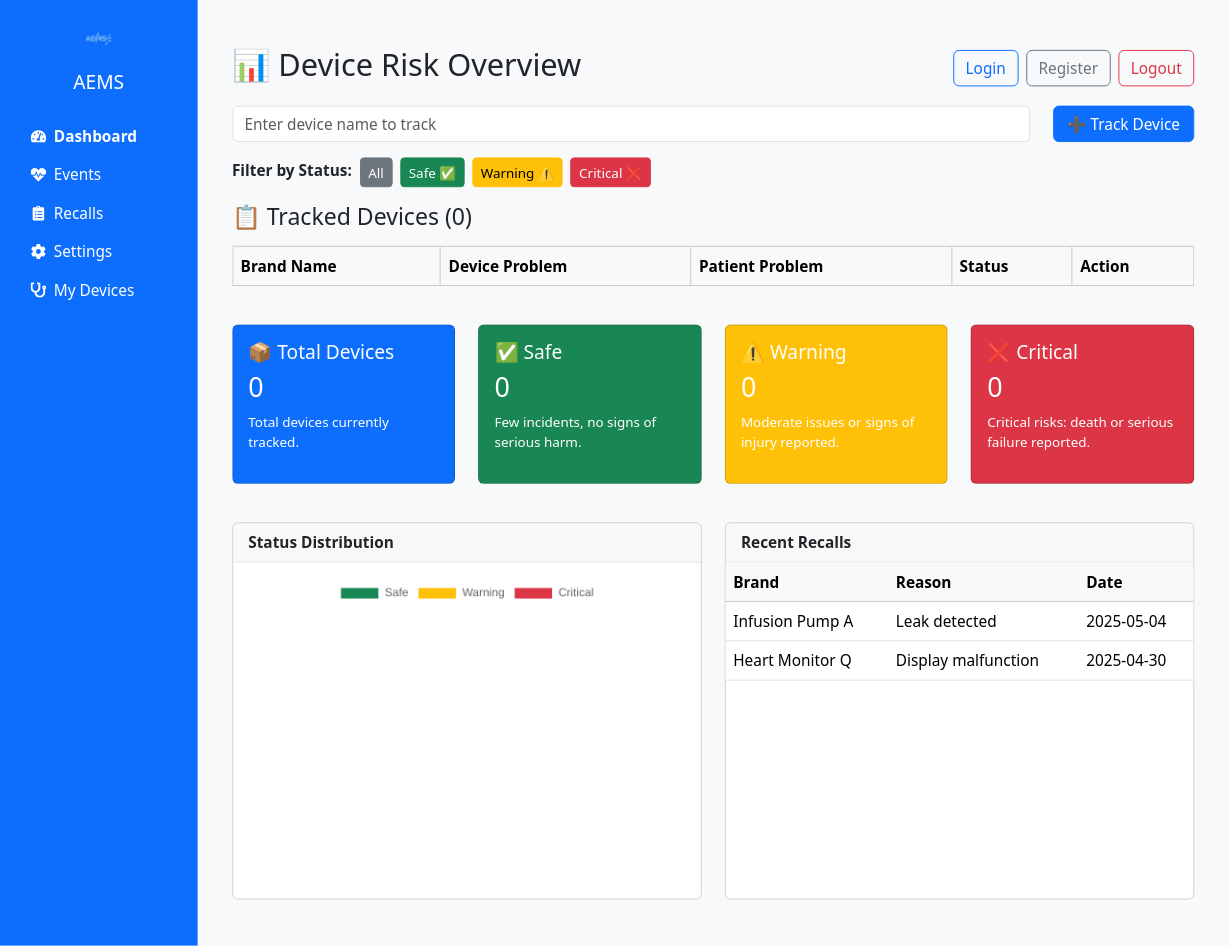
Repository: Sarary2/AEMS_2MVP
Page: / (app in frontend/AEMS/)
An editor plug-in stored every save of this project. The page is shown before and after the next save, followed by the edit.
The browser window is 1280 px wide. The pictures show the whole page, at 96% of full size.
The page's requests for data from a server got no answer. The project was rebuilt for these pictures with package versions that can differ from the ones it lists, and the page was loaded fresh each time. No one was signed in, and anything a server would have sent is missing. Also part of the build but not shown: frontend/AEMS/vite.config.js, frontend/AEMS/src/components/DeviceRow.jsx, frontend/AEMS/src/pages/Events.jsx, frontend/AEMS/src/firebase.js, frontend/AEMS/src/pages/Login.jsx, frontend/AEMS/src/pages/Register.jsx, frontend/AEMS/src/utils/fetchRecalls.js, frontend/AEMS/src/pages/Recalls.jsx and 2 more.

Above is the page before, as saved 2025-05-06 14:24:37.

### frontend/AEMS/src/main.jsx
import React from 'react';
import ReactDOM from 'react-dom/client';
import App from './App.jsx';
import 'bootstrap/dist/css/bootstrap.min.css';

ReactDOM.createRoot(document.getElementById('root')).render(
  <React.StrictMode>
    <App />
  </React.StrictMode>
);

### frontend/AEMS/src/App.jsx
import { BrowserRouter as Router, Routes, Route, useLocation } from 'react-router-dom';
import Sidebar from './components/Sidebar';
import Dashboard from './pages/Dashboard';
import Events from './pages/Events';
import Login from './pages/Login';
import Register from './pages/Register';
import Recalls from './pages/Recalls';
import Settings from './pages/Settings';
import TrackedDevices from './pages/TrackedDevices';

function LayoutWithSidebar({ children }) {
  return (
    <div className="d-flex min-vh-100">
      <Sidebar />
      <div className="flex-grow-1 bg-light p-4 overflow-auto">
        {children}
      </div>
    </div>
  );
}

function AppRoutes() {
  const location = useLocation();
  const hideSidebar = ['/login', '/register'].includes(location.pathname);

  return hideSidebar ? (
    <Routes>
      <Route path="/login" element={<Login />} />
      <Route path="/register" element={<Register />} />
    </Routes>
  ) : (
    <LayoutWithSidebar>
      <Routes>
        <Route path="/" element={<Dashboard />} />
        <Route path="/events" element={<Events />} />
        <Route path="/recalls" element={<Recalls />} />
        <Route path="/settings" element={<Settings />} />
        <Route path="/tracked" element={<TrackedDevices />} />
      </Routes>
    </LayoutWithSidebar>
  );
}

export default function App() {
  return (
    <Router>
      <AppRoutes />
    </Router>
  );
}

### frontend/AEMS/src/components/Sidebar.jsx
import { NavLink } from 'react-router-dom';
import { FaTachometerAlt, FaHeartbeat, FaClipboardList, FaCog, FaStethoscope } from 'react-icons/fa';
import logo from '../assets/logo.png'; // ✅ Adjust path if needed

export default function Sidebar() {
  return (
    <div className="bg-primary text-white d-flex flex-column p-3" style={{ width: '250px', minHeight: '100vh' }}>
      <div className="text-center mb-4">
        <img src={logo} alt="AEMS Logo" className="img-fluid mb-2" style={{ height: '50px' }} />
        <h5 className="mb-0">AEMS</h5>
      </div>
      <ul className="nav flex-column">
        <li className="nav-item">
          <NavLink to="/" className={({ isActive }) =>
            `nav-link d-flex align-items-center text-white ${isActive ? 'fw-bold' : ''}`
          }>
            <FaTachometerAlt className="me-2" /> Dashboard
          </NavLink>
        </li>
        <li className="nav-item">
          <NavLink to="/events" className={({ isActive }) =>
            `nav-link d-flex align-items-center text-white ${isActive ? 'fw-bold' : ''}`
          }>
            <FaHeartbeat className="me-2" /> Events
          </NavLink>
        </li>
        <li className="nav-item">
          <NavLink to="/recalls" className={({ isActive }) =>
            `nav-link d-flex align-items-center text-white ${isActive ? 'fw-bold' : ''}`
          }>
            <FaClipboardList className="me-2" /> Recalls
          </NavLink>
        </li>
        <li className="nav-item">
          <NavLink to="/settings" className={({ isActive }) =>
            `nav-link d-flex align-items-center text-white ${isActive ? 'fw-bold' : ''}`
          }>
            <FaCog className="me-2" /> Settings
          </NavLink>
        </li>
        <li className="nav-item">
          <NavLink to="/tracked" className={({ isActive }) =>
            `nav-link d-flex align-items-center text-white ${isActive ? 'fw-bold' : ''}`
          }>
            <FaStethoscope className="me-2" /> My Devices
          </NavLink>
        </li>
      </ul>
    </div>
  );
}

### frontend/AEMS/src/pages/Dashboard.jsx
import { useEffect, useState } from 'react';
import { useNavigate } from 'react-router-dom';
import StatCard from '../components/StatCard';
import DeviceRow from '../components/DeviceRow';
import StatusChart from '../components/StatusChart';
import RecallsPanel from '../components/RecallsPanel';

export default function Dashboard() {
  const [devices, setDevices] = useState([]);
  const [filter, setFilter] = useState('All');
  const [tracked, setTracked] = useState(() =>
    JSON.parse(localStorage.getItem('trackedDevices') || '[]')
  );
  const [deviceInput, setDeviceInput] = useState('');
  const navigate = useNavigate();

  // Fetch data
  useEffect(() => {
    fetch('http://localhost:5001/api/devices/all')
      .then(res => res.json())
      .then(setDevices)
      .catch(err => console.error('Failed to fetch devices', err));
  }, []);

  // Tracking
  const handleTrackAdd = () => {
    const input = deviceInput.trim().toLowerCase();
    if (!input || tracked.includes(input)) return;
    const updated = [...tracked, input];
    setTracked(updated);
    localStorage.setItem('trackedDevices', JSON.stringify(updated));
    setDeviceInput('');
  };

  const handleTrackRemove = (brandName) => {
    const normalized = tracked.find(t => brandName.toLowerCase().includes(t));
    if (!normalized) return;
    const updated = tracked.filter(t => t !== normalized);
    setTracked(updated);
    localStorage.setItem('trackedDevices', JSON.stringify(updated));
  };

  // Match devices
  const matchedTrackedDevices = devices.filter(d =>
    tracked.some(t => d.brandName.toLowerCase().includes(t))
  );

  const filteredDevices = filter === 'All'
    ? matchedTrackedDevices
    : matchedTrackedDevices.filter(d => d.status === filter);

  // Status logic
  const getStatusCounts = () => {
    const safe = matchedTrackedDevices.filter(d => d.status === 'Safe').length;
    const warning = matchedTrackedDevices.filter(d => d.status === 'Warning').length;
    const critical = matchedTrackedDevices.filter(d => d.status === 'Critical').length;
    return {
      total: matchedTrackedDevices.length,
      safe,
      warning,
      critical,
    };
  };

  const { total, safe, warning, critical } = getStatusCounts();

  const statusIcons = {
    Safe: '✅',
    Warning: '⚠️',
    Critical: '❌',
  };

  const dummyRecalls = [
    { brandName: 'Infusion Pump A', recallReason: 'Leak detected', recallDate: '2025-05-04' },
    { brandName: 'Heart Monitor Q', recallReason: 'Display malfunction', recallDate: '2025-04-30' },
  ];

  return (
    <div className="container-fluid">
      {/* Header */}
      <div className="d-flex justify-content-between align-items-center mt-4 mb-3">
        <h2>📊 Device Risk Overview</h2>
        <div>
          <button className="btn btn-outline-primary me-2" onClick={() => navigate('/login')}>Login</button>
          <button className="btn btn-outline-secondary me-2" onClick={() => navigate('/register')}>Register</button>
          <button className="btn btn-outline-danger" onClick={() => alert('🔒 Logged out')}>Logout</button>
        </div>
      </div>

      {/* Add Device */}
      <div className="mb-3 row">
        <div className="col-md-10">
          <input
            placeholder="Enter device name to track"
            className="form-control"
            value={deviceInput}
            onChange={(e) => setDeviceInput(e.target.value)}
          />
        </div>
        <div className="col-md-2">
          <button className="btn btn-primary w-100" onClick={handleTrackAdd}>
            ➕ Track Device
          </button>
        </div>
      </div>

      {/* Filter */}
      <div className="mb-3">
        <strong>Filter by Status:</strong>{' '}
        {['All', 'Safe', 'Warning', 'Critical'].map((s) => (
          <button
            key={s}
            className={`btn btn-sm mx-1 btn-${s === 'All' ? 'secondary' : s === 'Safe' ? 'success' : s === 'Warning' ? 'warning' : 'danger'}`}
            onClick={() => setFilter(s)}
          >
            {s} {statusIcons[s] || ''}
          </button>
        ))}
      </div>

      {/* Devices Table */}
      <h4>📋 Tracked Devices ({filteredDevices.length})</h4>
      <div className="table-responsive mb-4">
        <table className="table table-striped table-bordered mt-2">
          <thead className="table-light">
            <tr>
              <th>Brand Name</th>
              <th>Device Problem</th>
              <th>Patient Problem</th>
              <th>Status</th>
              <th>Action</th>
            </tr>
          </thead>
          <tbody>
            {filteredDevices.map((device, i) => (
              <DeviceRow key={i} device={device} onRemove={handleTrackRemove} />
            ))}
          </tbody>
        </table>
      </div>

      {/* Stats Cards */}
      <div className="row mb-4">
        <StatCard title="Total Devices" count={total} />
        <StatCard title="Safe" count={safe} />
        <StatCard title="Warning" count={warning} />
        <StatCard title="Critical" count={critical} />
      </div>

      {/* Charts */}
      <div className="row mb-4">
        <div className="col-md-6">
          <StatusChart data={{ Safe: safe, Warning: warning, Critical: critical }} />
        </div>
        <div className="col-md-6">
          <RecallsPanel recalls={dummyRecalls} />
        </div>
      </div>
    </div>
  );
}

### frontend/AEMS/src/components/StatCard.jsx
import React from 'react';

const statusDetails = {
  "Safe": {
    icon: "✅",
    explanation: "Few incidents, no signs of serious harm.",
    color: "success"
  },
  "Warning": {
    icon: "⚠️",
    explanation: "Moderate issues or signs of injury reported.",
    color: "warning"
  },
  "Critical": {
    icon: "❌",
    explanation: "Critical risks: death or serious failure reported.",
    color: "danger"
  },
  "Total Devices": {
    icon: "📦",
    explanation: "Total devices currently tracked.",
    color: "primary"
  }
};

export default function StatCard({ title, count }) {
  const details = statusDetails[title] || {
    icon: "📊",
    explanation: "Summary of device activity.",
    color: "secondary"
  };

  return (
    <div className="col-md-3 mb-3">
      <div className={`card text-white bg-${details.color}`}>
        <div className="card-body">
          <h5 className="card-title">
            {details.icon} {title}
          </h5>
          <h3 className="card-text">{count}</h3>
          <p className="small">{details.explanation}</p>
        </div>
      </div>
    </div>
  );
}

### frontend/AEMS/src/components/StatusChart.jsx
import { Pie } from 'react-chartjs-2';
import { Chart as ChartJS, ArcElement, Tooltip, Legend } from 'chart.js';

ChartJS.register(ArcElement, Tooltip, Legend);

export default function StatusChart({ data }) {
  const chartData = {
    labels: ['Safe', 'Warning', 'Critical'],
    datasets: [
      {
        data: [data.Safe, data.Warning, data.Critical],
        backgroundColor: ['#198754', '#ffc107', '#dc3545'],
        borderWidth: 1,
      },
    ],
  };

  const chartOptions = {
    responsive: true,
    maintainAspectRatio: false,
    plugins: {
      legend: { position: 'top' },
    },
  };

  return (
    <div className="card h-100">
      <div className="card-header fw-semibold">Status Distribution</div>
      <div className="card-body" style={{ height: '350px' }}>
        <Pie data={chartData} options={chartOptions} />
      </div>
    </div>
  );
}

### frontend/AEMS/src/components/RecallsPanel.jsx
export default function RecallsPanel({ recalls }) {
    return (
      <div className="card h-100">
        <div className="card-header fw-bold">Recent Recalls</div>
        <div className="card-body p-0">
          <table className="table mb-0 table-hover">
            <thead className="table-light">
              <tr>
                <th>Brand</th>
                <th>Reason</th>
                <th>Date</th>
              </tr>
            </thead>
            <tbody>
              {recalls.length === 0 ? (
                <tr>
                  <td colSpan="3" className="text-center text-muted">No recent recalls.</td>
                </tr>
              ) : (
                recalls.map((recall, idx) => (
                  <tr key={idx}>
                    <td>{recall.brandName}</td>
                    <td>{recall.recallReason}</td>
                    <td>{recall.recallDate}</td>
                  </tr>
                ))
              )}
            </tbody>
          </table>
        </div>
      </div>
    );
  }

Loaded but not shown: frontend/AEMS/index.html (common file)

After the next save:
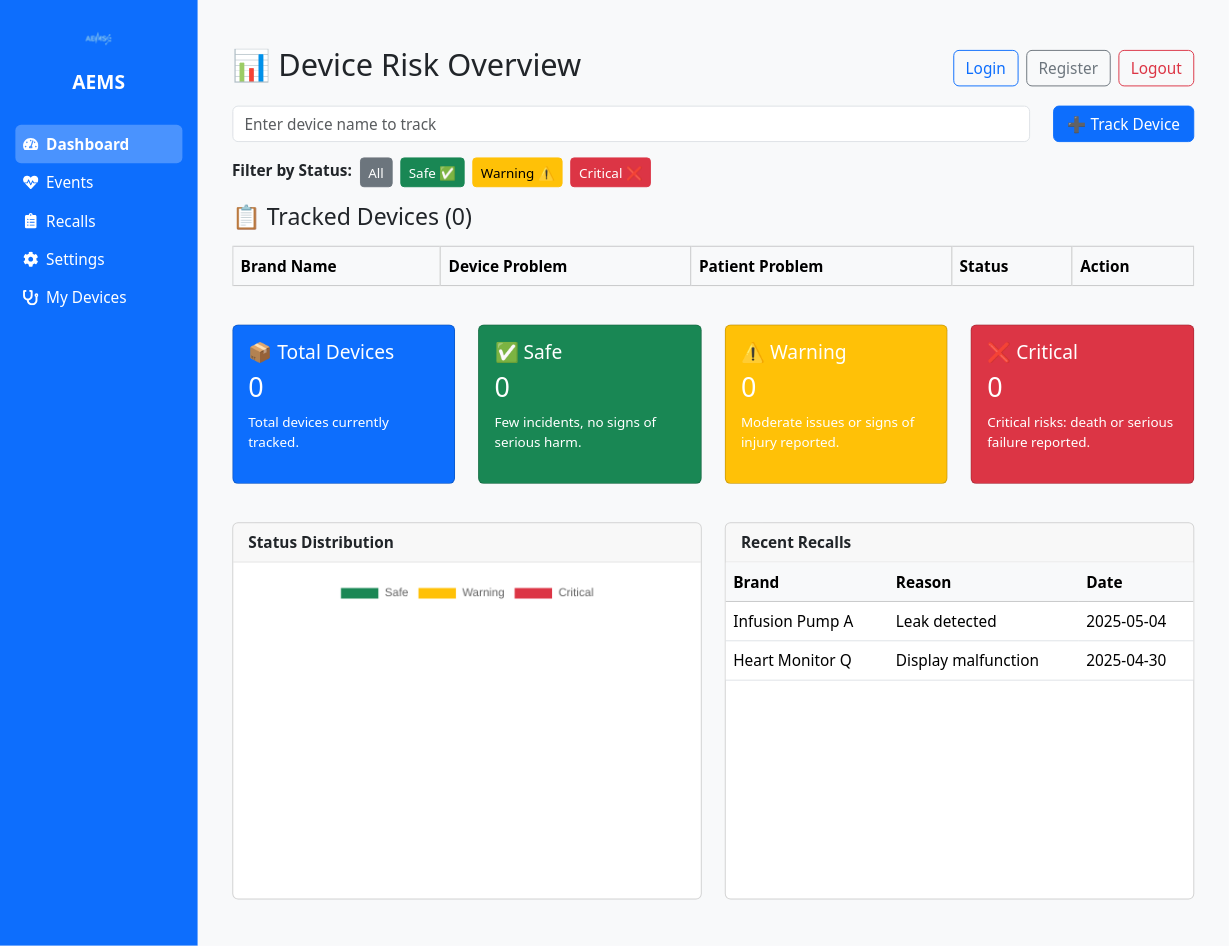
Saved 2 min 1 s later.
--- a/frontend/AEMS/src/components/Sidebar.jsx
+++ b/frontend/AEMS/src/components/Sidebar.jsx
@@ -1,48 +1,85 @@
 import { NavLink } from 'react-router-dom';
-import { FaTachometerAlt, FaHeartbeat, FaClipboardList, FaCog, FaStethoscope } from 'react-icons/fa';
-import logo from '../assets/logo.png'; // ✅ Adjust path if needed
+import {
+  FaTachometerAlt,
+  FaHeartbeat,
+  FaClipboardList,
+  FaCog,
+  FaStethoscope,
+} from 'react-icons/fa';
+import logo from '../assets/logo.png';
 
 export default function Sidebar() {
   return (
-    <div className="bg-primary text-white d-flex flex-column p-3" style={{ width: '250px', minHeight: '100vh' }}>
-      <div className="text-center mb-4">
-        <img src={logo} alt="AEMS Logo" className="img-fluid mb-2" style={{ height: '50px' }} />
-        <h5 className="mb-0">AEMS</h5>
+    <div
+      className="bg-primary text-white d-flex flex-column align-items-start p-3"
+      style={{ width: '250px', minHeight: '100vh' }}
+    >
+      {/* Logo and Branding */}
+      <div className="w-100 text-center mb-4">
+        <img
+          src={logo}
+          alt="AEMS Logo"
+          className="img-fluid"
+          style={{ height: '50px', objectFit: 'contain' }}
+        />
+        <h5 className="mt-2 fw-bold">AEMS</h5>
       </div>
-      <ul className="nav flex-column">
+
+      {/* Navigation */}
+      <ul className="nav flex-column w-100">
         <li className="nav-item">
-          <NavLink to="/" className={({ isActive }) =>
-            `nav-link d-flex align-items-center text-white ${isActive ? 'fw-bold' : ''}`
-          }>
-            <FaTachometerAlt className="me-2" /> Dashboard
+          <NavLink
+            to="/"
+            className={({ isActive }) =>
+              `nav-link d-flex align-items-center text-white px-2 py-2 ${isActive ? 'fw-bold bg-white bg-opacity-25 rounded' : ''}`
+            }
+          >
+            <FaTachometerAlt className="me-2" />
+            Dashboard
           </NavLink>
         </li>
         <li className="nav-item">
-          <NavLink to="/events" className={({ isActive }) =>
-            `nav-link d-flex align-items-center text-white ${isActive ? 'fw-bold' : ''}`
-          }>
-            <FaHeartbeat className="me-2" /> Events
+          <NavLink
+            to="/events"
+            className={({ isActive }) =>
+              `nav-link d-flex align-items-center text-white px-2 py-2 ${isActive ? 'fw-bold bg-white bg-opacity-25 rounded' : ''}`
+            }
+          >
+            <FaHeartbeat className="me-2" />
+            Events
           </NavLink>
         </li>
         <li className="nav-item">
-          <NavLink to="/recalls" className={({ isActive }) =>
-            `nav-link d-flex align-items-center text-white ${isActive ? 'fw-bold' : ''}`
-          }>
-            <FaClipboardList className="me-2" /> Recalls
+          <NavLink
+            to="/recalls"
+            className={({ isActive }) =>
+              `nav-link d-flex align-items-center text-white px-2 py-2 ${isActive ? 'fw-bold bg-white bg-opacity-25 rounded' : ''}`
+            }
+          >
+            <FaClipboardList className="me-2" />
+            Recalls
           </NavLink>
         </li>
         <li className="nav-item">
-          <NavLink to="/settings" className={({ isActive }) =>
-            `nav-link d-flex align-items-center text-white ${isActive ? 'fw-bold' : ''}`
-          }>
-            <FaCog className="me-2" /> Settings
+          <NavLink
+            to="/settings"
+            className={({ isActive }) =>
+              `nav-link d-flex align-items-center text-white px-2 py-2 ${isActive ? 'fw-bold bg-white bg-opacity-25 rounded' : ''}`
+            }
+          >
+            <FaCog className="me-2" />
+            Settings
           </NavLink>
         </li>
         <li className="nav-item">
-          <NavLink to="/tracked" className={({ isActive }) =>
-            `nav-link d-flex align-items-center text-white ${isActive ? 'fw-bold' : ''}`
-          }>
-            <FaStethoscope className="me-2" /> My Devices
+          <NavLink
+            to="/tracked"
+            className={({ isActive }) =>
+              `nav-link d-flex align-items-center text-white px-2 py-2 ${isActive ? 'fw-bold bg-white bg-opacity-25 rounded' : ''}`
+            }
+          >
+            <FaStethoscope className="me-2" />
+            My Devices
           </NavLink>
         </li>
       </ul>
